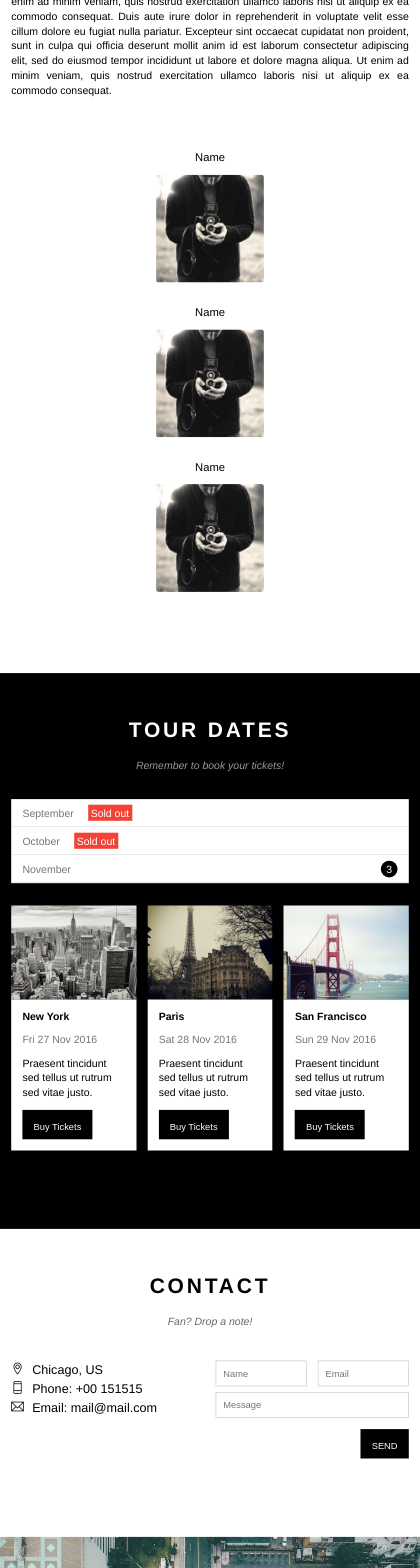
Repository: phongngotrong/w3school_reup
Page: index.html
The author's editor kept a copy of each file at every save. The page is drawn from the files as they stood at one save, then again after the next save.
The browser window is 600 px wide. The pictures show the part of the page from y = 551 to 2791 px (the page is 3273 px tall before and 3833 px after), at 70% of full size.

Above is the page before, as saved 2022-02-13 15:52:30.

After the next save:
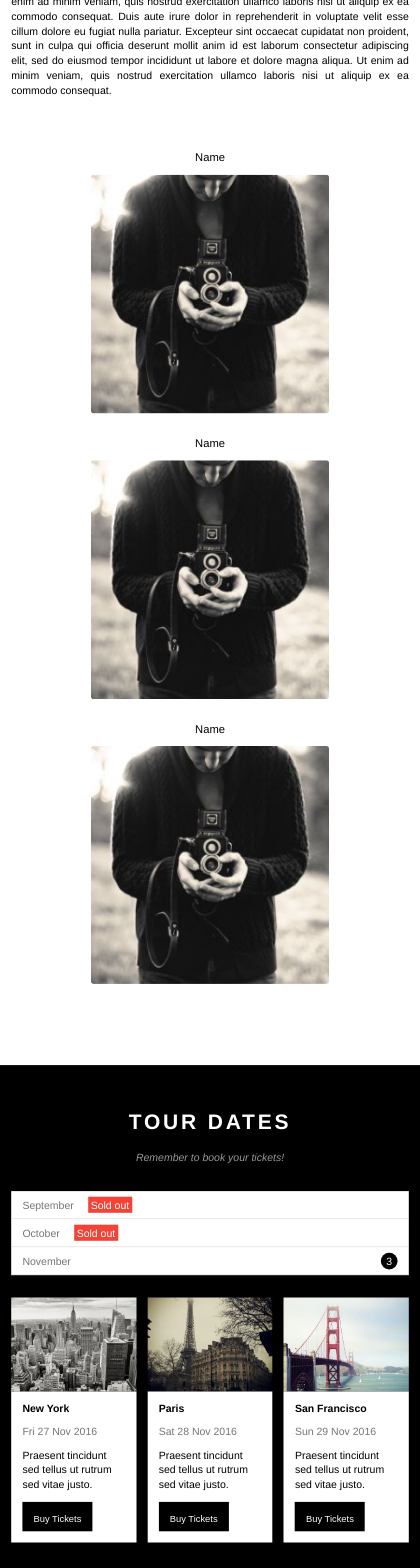
Saved 66 s later.
--- a/assets/css/responsive.css
+++ b/assets/css/responsive.css
@@ -50,4 +50,8 @@
     width: 100%;
     margin-top: 30px;
   }
+
+  #content .avt-member {
+    width: 60%;
+  }
 }
